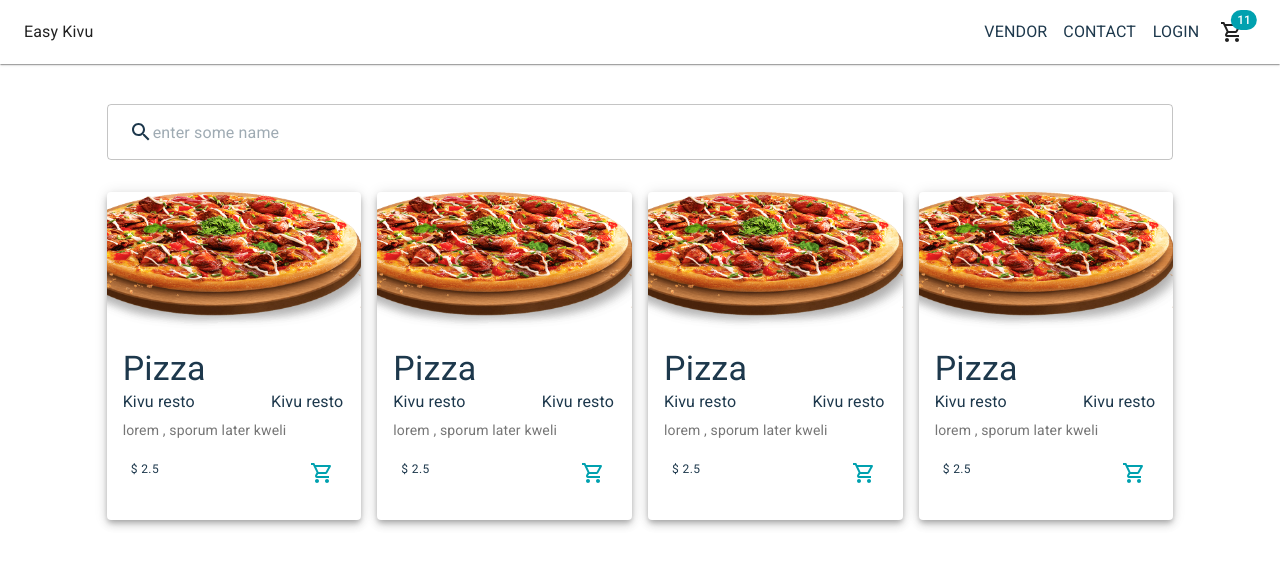
Repository: kilamaelie/jokes-dapp
Page: /
These files come from the project's save history. The page is drawn as it stood at one moment and after the next save; the edit follows.
The browser window is 1280 px wide. The pictures show the whole page.
The project was rebuilt for these pictures with package versions that can differ from the ones it lists, and the page was loaded fresh each time. Also part of the build but not shown: src/ui/page/dashboard/dashboard.js.

Above is the page before, as saved 2021-06-28 02:55:47.

After the next save:
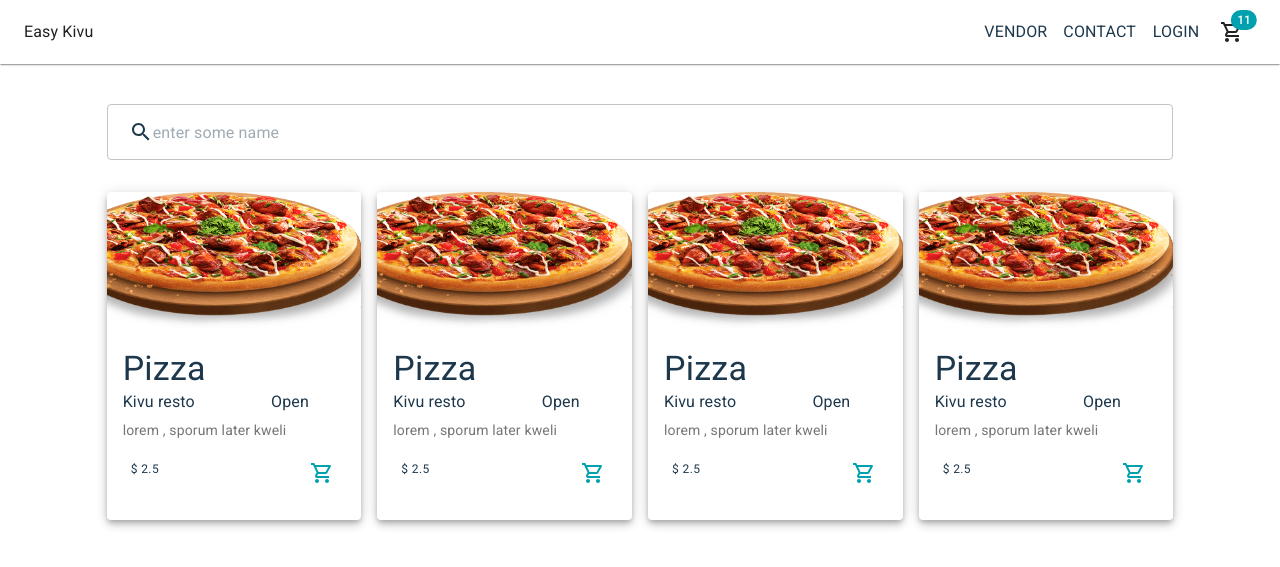
Saved 31 s later.
--- a/src/ui/page/website/screen/widget/card.js
+++ b/src/ui/page/website/screen/widget/card.js
@@ -31,7 +31,7 @@ const CardItem =()=>{
               </Grid>
              < Grid item xs={4} sm={4}>
               <Typography gutterBottom  component="h2" >
-              Kivu resto
+              Open
             </Typography>
               </Grid>
             </Grid>
